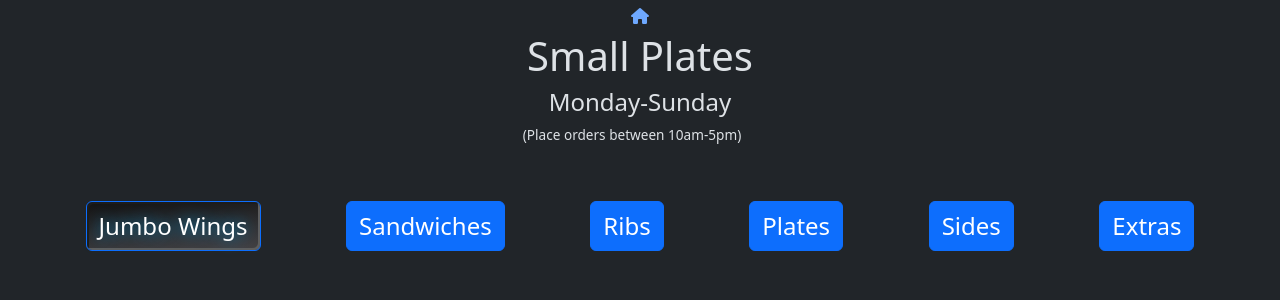
Repository: dukedward/smokehousemenu
Page: plates/index.html
The author's editor kept a copy of each file at every save. The page is drawn from the files as they stood at one save, then again after the next save.
The browser window is 1280 px wide. The pictures show the whole page.
After loading, the first visible `button.btn` was clicked once.
The page's requests for data from a server got no answer. Some web libraries are served in a nearby version.

Above is the page before, as saved 2023-03-09 10:35:54.

After the next save:
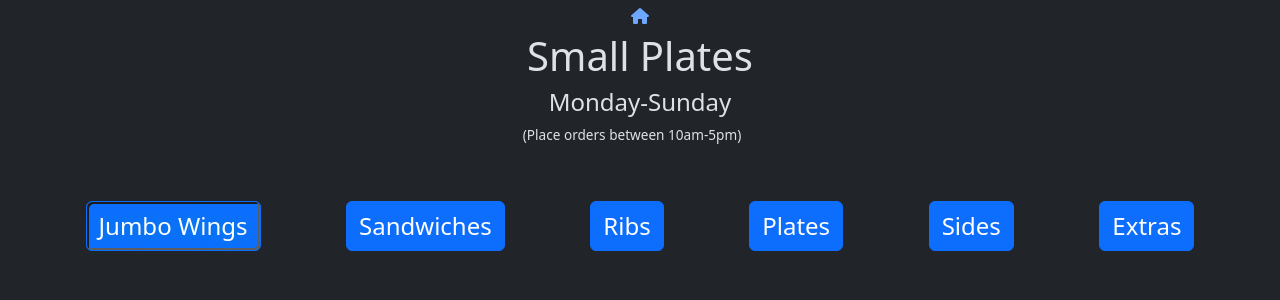
Saved 27 s later.
--- a/style.css
+++ b/style.css
@@ -102,9 +102,9 @@
 } */
 
 .button-clicked {
-    background: linear-gradient(
+    /* background: linear-gradient(
         -185deg, #131313, #444245
-    );
+    ); */
     box-shadow: inset -2px -2px 0px #5e5e5e,
         inset 2px 2px 0px #1c1c1c;
 }

After the save that followed:
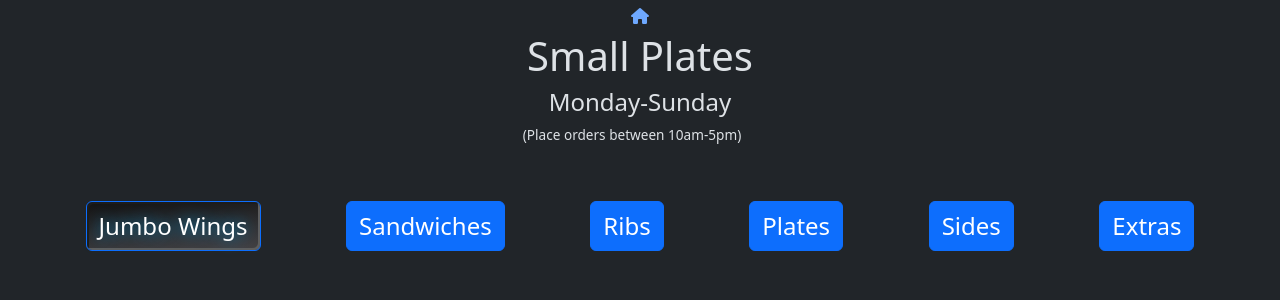
Saved 4 s later.
--- a/style.css
+++ b/style.css
@@ -102,9 +102,9 @@
 } */
 
 .button-clicked {
-    /* background: linear-gradient(
+    background: linear-gradient(
         -185deg, #131313, #444245
-    ); */
+    );
     box-shadow: inset -2px -2px 0px #5e5e5e,
         inset 2px 2px 0px #1c1c1c;
 }
